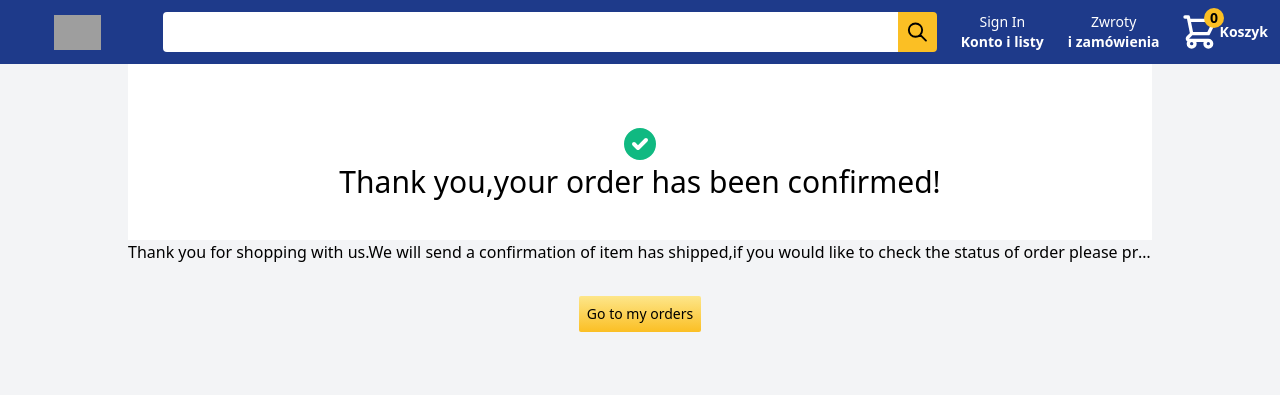
Repository: neridanek/amazon-clone-nextjs-redux-tailwind
Page: /success
These files come from the project's save history. The page is drawn as it stood at one moment and after the next save; the edit follows.
The browser window is 1280 px wide. The pictures show the whole page.
Pictures or frames that could not be fetched are drawn as grey boxes. The page's requests for data from a server got no answer. The project was rebuilt for these pictures with package versions that can differ from the ones it lists, and the page was loaded fresh each time. The framework's server and built-in components were replaced by stand-ins that run in the browser. No one was signed in, and anything a server would have sent is missing. Also part of the build but not shown: next.config.js.

Above is the page before, as saved 2022-02-13 21:48:25.

### pages/success.js
import React from 'react';
import { useRouter } from 'next/router';
import Header from '../src/components/Header';
import { CheckCircleIcon } from '@heroicons/react/solid';
const success = () => {
  const router = useRouter();
  return (
    <div className="bg-gray-100 h-screen text-center">
      <Header />
      <main className="max-w-screen-lg mx-auto">
        <div className="flex flex-col p-10 bg-white">
          <div className="flex items-center space-x-2 mb-5"></div>
          <CheckCircleIcon className="text-green-500 h-10" />
          <h1 className="text-3xl">Thank you,your order has been confirmed!</h1>
        </div>
        <p className="truncate">
          Thank you for shopping with us.We will send a confirmation of item has
          shipped,if you would like to check the status of order please press
          the link below.
        </p>
        <button onClick={() => router.push('/orders')} className="button mt-8">
          Go to my orders
        </button>
      </main>
    </div>
  );
};

export default success;

### styles/globals.css
@tailwind base;
@tailwind components;
@tailwind utilities;

-webkit-scrollbar {
  display: none;
}
@layer components {
  .link {
    @apply cursor-pointer hover:underline;
  }
  .button {
    @apply p-2 text-xs md:text-sm bg-gradient-to-b from-yellow-200 to-yellow-400 border-yellow-300 rounded-sm
    hover:bg-yellow-400 hover:border-yellow-500;
  }
}

### redux/store.js
import {configureStore} from "@reduxjs/toolkit"
import basketReducer from '../redux/basketSlice';

export const store = configureStore({
    reducer:{
        basket:basketReducer,
    }
})

### src/components/Header.js
import React from 'react';
import Image from 'next/image';
import { SearchIcon, ShoppingCartIcon } from '@heroicons/react/outline';
import { signIn, signOut, useSession } from 'next-auth/client';
import { useRouter } from 'next/router';
import { useSelector } from 'react-redux';
import { selectItems } from '../../redux/basketSlice';

const Header = () => {
  const [session] = useSession();
  const router = useRouter();
  const items = useSelector(selectItems);

  return (
    <div className="flex items-center bg-blue-900 py-3 text-white text-sm ">
      <Image
        onClick={() => router.push('/')}
        src="https://links.papareact.com/f90"
        width={155}
        height={35}
        objectFit="contain"
        className="cursor-pointer"
      />
      <div className="flex flex-1 items-center px-10 sm:px-2">
        <input type="text" className="rounded-l h-10 w-full  text-black" />
        <SearchIcon className="text-black bg-yellow-400 rounded-r p-2 h-10" />
      </div>
      <div onClick={!session ? signIn : signOut} className="link px-5 sm:px-4 ">
        <h1>{session ? `Hello,${session.user.name}` : 'Sign In'}</h1>
        <p className="font-bold">Konto i listy</p>
      </div>
      <div onClick={() => router.push('/orders')} className="link px-5 sm:px-2">
        <h1>Zwroty</h1>
        <p className="font-bold">i zamówienia</p>
      </div>
      <div
        onClick={() => router.push('/checkout')}
        className="flex items-center px-5 sm:px-3"
      >
        <span className="absolute top-0 right-14 bg-yellow-400 h-5 w-5 text-center rounded-full text-black font-bold sm:top-2">
          {items.length}
        </span>
        <ShoppingCartIcon className="h-10" />
        <p className="link font-bold">Koszyk</p>
      </div>
    </div>
  );
};

export default Header;

### redux/basketSlice.js
import { createSlice } from '@reduxjs/toolkit'

const initialState = {
    items:[],
}

const basketSlice = createSlice({
    name: "basket",
    initialState,
    reducers: {
        removeFromBasket:(state,action)=>{
            const index = state.items.findIndex((basketItem)=>basketItem.id == action.payload.id)
            let newBasket = [...state.items]
            if (index >= 0 ){
                newBasket.splice(index,1)
            }else{
                console.warn("not in basket")
            }
            state.items = newBasket;
        },
        addToBasket:(state,action)=>{
            state.items = [...state.items,action.payload];
        },
    }
});

export const {addToBasket,removeFromBasket} = basketSlice.actions
export const selectItems = (state) => state.basket.items
export const selectTotal = (state) => state.basket.items.reduce((total,item)=>total + item.price,0)
export default basketSlice.reducer

### tailwind.config.js
module.exports = {
  content: [
    './pages/**/*.{js,ts,jsx,tsx}',
    './src/components/**/*.{js,ts,jsx,tsx}',
  ],
};

Loaded but not shown: pages/_app.js (common file)

After the next save:
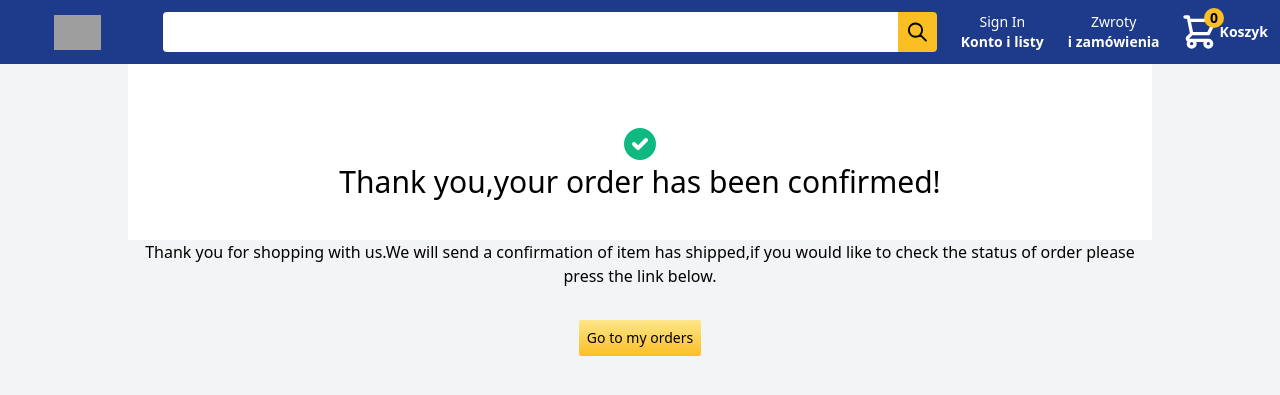
Saved 24 s later.
--- a/pages/success.js
+++ b/pages/success.js
@@ -13,7 +13,7 @@ const success = () => {
           <CheckCircleIcon className="text-green-500 h-10" />
           <h1 className="text-3xl">Thank you,your order has been confirmed!</h1>
         </div>
-        <p className="truncate">
+        <p className="text-ellipsis">
           Thank you for shopping with us.We will send a confirmation of item has
           shipped,if you would like to check the status of order please press
           the link below.
